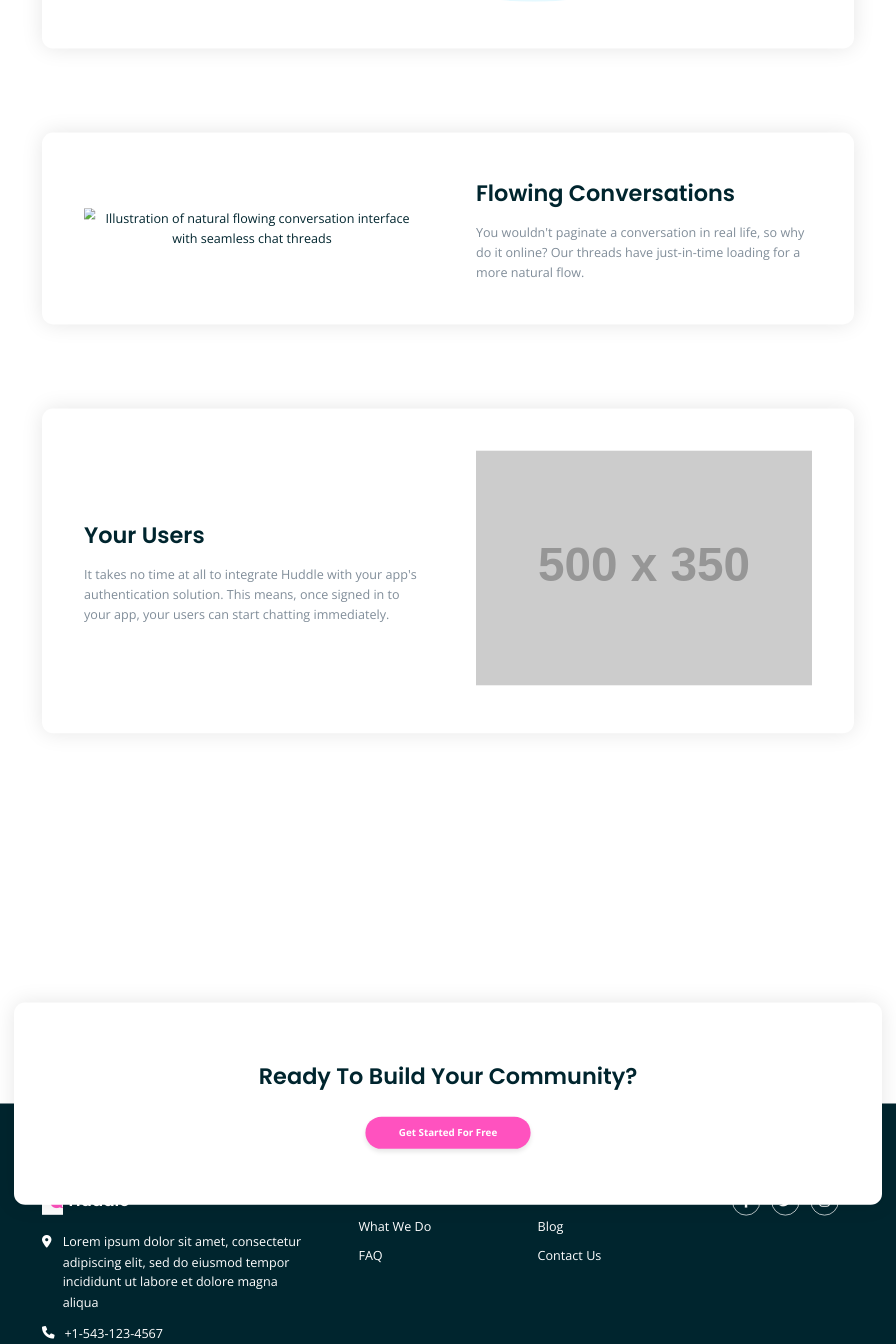
Repository: blordeus/huddle-landing-page
Page: index.html
The author's editor kept a copy of each file at every save. The page is drawn from the files as they stood at one save, then again after a run of saves.
The browser window is 1280 px wide. The pictures show the part of the page from y = 1258 to 3178 px (the page is 3404 px tall before and 3600 px after), at 70% of full size.

Above is the page before, as saved 2025-07-01 11:07:01.

### index.html
<!DOCTYPE html>
<html lang="en">
<head>
  <meta charset="UTF-8">
  <meta name="viewport" content="width=device-width, initial-scale=1.0">
  <link rel="icon" type="image/png" sizes="32x32" href="./images/favicon-32x32.png">
  <title>Frontend Mentor | Huddle landing page with alternating feature blocks</title>

  <!-- Google Fonts -->
  <link rel="preconnect" href="https://fonts.googleapis.com">
  <link rel="preconnect" href="https://fonts.gstatic.com" crossorigin>
  <link href="https://fonts.googleapis.com/css2?family=Poppins:wght@600&family=Open+Sans:wght@400;700&display=swap" rel="stylesheet">
  <link rel="stylesheet" type="text/css" href="styles.css" />

  <!-- Font Awesome for social icons -->
  <link rel="stylesheet" href="https://cdnjs.cloudflare.com/ajax/libs/font-awesome/6.0.0/css/all.min.css">
</head>

<body>
  <!-- Header -->
  <header class="header">
    <div class="container">
      <div class="header-content">
        <img src="./images/logo.svg" alt="Logo">
        <a href="#" class="btn btn-outline">Try It Free</a>
      </div>
    </div>
  </header>

  <!-- Hero Section -->
  <section class="hero">
    <div class="container">
      <div class="hero-content">
        <div class="hero-text">
          <h1>Build The Community Your Fans Will Love</h1>
          <p>Huddle re-imagines the way we build communities. You have a voice, but so does your audience. Create connections with your users as you engage in genuine discussion.</p>
          <a href="#" class="btn">Get Started For Free</a>
        </div>
        <div class="hero-image">
          <img src="./images/illustration-mockups.svg" alt="Desktop and mobile chat interface showing community conversations">
        </div>
      </div>
    </div>
  </section>

  <!-- Features Section -->
  <section class="features">
    <div class="container">
      <div class="feature">
        <div class="feature-content">
          <h2>Grow Together</h2>
          <p>Generate meaningful discussions with your audience and build a strong, loyal community. Think of the insightful conversations you miss out on with a feedback form.</p>
        </div>
        <div class="feature-image">
          <img src="./images/illustration-grow-together.svg" alt="Illustration of people having meaningful conversations and building community">
        </div>
      </div>

      <div class="feature">
        <div class="feature-content">
          <h2>Flowing Conversations</h2>
          <p>You wouldn't paginate a conversation in real life, so why do it online? Our threads have just-in-time loading for a more natural flow.</p>
        </div>
        <div class="feature-image">
          <img src="./" alt="Illustration of natural flowing conversation interface with seamless chat threads">
        </div>
      </div>

      <div class="feature">
        <div class="feature-content">
          <h2>Your Users</h2>
          <p>It takes no time at all to integrate Huddle with your app's authentication solution. This means, once signed in to your app, your users can start chatting immediately.</p>
        </div>
        <div class="feature-image">
          <img src="https://placehold.co/500x350/e0f7ff/333333?text=User+Authentication+Integration+Illustration" alt="Illustration showing easy user authentication and immediate chat access">
        </div>
      </div>
    </div>
  </section>

  <!-- Call to Action -->
  <section class="cta">
    <div class="container">
      <h2>Ready To Build Your Community?</h2>
      <a href="#" class="btn">Get Started For Free</a>
    </div>
  </section>

  <!-- Footer -->
  <footer class="footer">
    <div class="container">
      <div class="footer-content">
        <div class="footer-info">
          <a href="#" class="footer-logo">
            <div class="logo-icon">
              <i class="fas fa-comments"></i>
            </div>
            Huddle
          </a>
          <div class="contact-info">
            <div class="contact-item">
              <i class="fas fa-map-marker-alt"></i>
              <p>Lorem ipsum dolor sit amet, consectetur adipiscing elit, sed do eiusmod tempor incididunt ut labore et dolore magna aliqua</p>
            </div>
            <div class="contact-item">
              <i class="fas fa-phone"></i>
              <p>+1-543-123-4567</p>
            </div>
            <div class="contact-item">
              <i class="fas fa-envelope"></i>
              <p>example@huddle.com</p>
            </div>
          </div>
        </div>

        <div class="footer-links">
          <a href="#">About Us</a>
          <a href="#">What We Do</a>
          <a href="#">FAQ</a>
        </div>

        <div class="footer-links">
          <a href="#">Career</a>
          <a href="#">Blog</a>
          <a href="#">Contact Us</a>
        </div>

        <div class="social-icons">
          <a href="#" class="social-icon" aria-label="Facebook">
            <i class="fab fa-facebook-f"></i>
          </a>
          <a href="#" class="social-icon" aria-label="Twitter">
            <i class="fab fa-twitter"></i>
          </a>
          <a href="#" class="social-icon" aria-label="Instagram">
            <i class="fab fa-instagram"></i>
          </a>
        </div>
      </div>

      <div class="copyright">
        <p>&copy; Copyright 2018 Huddle. All rights reserved.</p>
      </div>
    </div>

    <p class="attribution">
      Challenge by <a href="https://www.frontendmentor.io?ref=challenge" target="_blank">Frontend Mentor</a>.
      Coded by <a href="#">Your Name Here</a>.
    </p>
  </footer>
</body>
</html>

### styles.css
    * {
      margin: 0;
      padding: 0;
      box-sizing: border-box;
    }

    body {
      font-family: 'Open Sans', sans-serif;
      font-size: 18px;
      line-height: 1.6;
      color: hsl(192, 100%, 9%);
    }

    .container {
      max-width: 1200px;
      margin: 0 auto;
      padding: 0 20px;
    }

    /* Header */
    .header {
      background: hsl(193, 100%, 96%);
      padding: 24px 0;
    }

    .header-content {
      display: flex;
      justify-content: space-between;
      align-items: center;
    }

    .header-content img {
      height: 40px;
    }

    .btn {
      background: hsl(322, 100%, 66%);
      color: white;
      border: none;
      padding: 12px 48px;
      border-radius: 24px;
      font-family: 'Open Sans', sans-serif;
      font-weight: 700;
      font-size: 14px;
      cursor: pointer;
      text-decoration: none;
      display: inline-block;
      transition: opacity 0.3s ease;
      box-shadow: 0 4px 8px rgba(0, 0, 0, 0.1);
    }

    .btn:hover {
      opacity: 0.8;
    }

    .btn-outline {
      background: white;
      box-shadow: 0 4px 8px rgba(0, 0, 0, 0.1);
      color: #00252E;
    }

    .btn-outline:hover {
      color: #808E9A;
    }

    /* Hero Section */
    .hero {
      background: hsl(199, 100%, 96%);
      background-image: url('./images/bg-hero.svg');
      background-size: cover;
      background-position: center;
      padding: 80px 0 120px;
    }

    .hero-content {
      display: grid;
      grid-template-columns: 1fr 1fr;
      gap: 80px;
      align-items: center;
    }

    .hero-text h1 {
      font-family: 'Poppins', sans-serif;
      font-weight: 600;
      font-size: 48px;
      line-height: 1.2;
      margin-bottom: 24px;
      color: hsl(192, 100%, 9%);
    }

    .hero-text p {
      font-size: 18px;
      color: hsl(192, 100%, 9%);
      margin-bottom: 32px;
      line-height: 1.6;
    }

    .hero-image {
      text-align: center;
    }

    .hero-image img {
      max-width: 100%;
      height: auto;
    }

    /* Features Section */
    .features {
      padding: 120px 0;
    }

    .feature {
      display: grid;
      grid-template-columns: 1fr 1fr;
      gap: 80px;
      align-items: center;
      margin-bottom: 120px;
      background: white;
      padding: 60px;
      border-radius: 16px;
      box-shadow: 0 0 30px rgba(0, 0, 0, 0.1);
    }

    .feature:nth-child(even) .feature-content {
      order: 2;
    }

    .feature:nth-child(even) .feature-image {
      order: 1;
    }

    .feature h2 {
      font-family: 'Poppins', sans-serif;
      font-weight: 600;
      font-size: 32px;
      margin-bottom: 16px;
      color: hsl(192, 100%, 9%);
    }

    .feature p {
      color: hsl(208, 11%, 55%);
      line-height: 1.6;
    }

    .feature-image {
      text-align: center;
    }

    .feature-image img {
      max-width: 100%;
      height: auto;
    }

    /* Call to Action */
    .cta {
      text-align: center;
      padding: 80px 0;
      background: white;
      margin: 0 20px;
      border-radius: 16px;
      box-shadow: 0 0 30px rgba(0, 0, 0, 0.1);
      position: relative;
      z-index: 2;
      transform: translateY(50%);
    }

    .cta h2 {
      font-family: 'Poppins', sans-serif;
      font-weight: 600;
      font-size: 32px;
      margin-bottom: 32px;
      color: hsl(192, 100%, 9%);
    }

    /* Footer */
    .footer {
      background: hsl(192, 100%, 9%);
      color: white;
      padding: 120px 0 40px;
    }

    .footer-content {
      display: grid;
      grid-template-columns: 2fr 1fr 1fr 1fr;
      gap: 60px;
      margin-bottom: 40px;
    }

    .footer-logo {
      display: flex;
      align-items: center;
      gap: 8px;
      font-family: 'Poppins', sans-serif;
      font-weight: 600;
      font-size: 24px;
      color: white;
      text-decoration: none;
      margin-bottom: 24px;
    }

    .footer-logo .logo-icon {
      background: white;
      color: hsl(322, 100%, 66%);
    }

    .contact-info {
      display: flex;
      flex-direction: column;
      gap: 16px;
    }

    .contact-item {
      display: flex;
      align-items: flex-start;
      gap: 16px;
    }

    .contact-item i {
      margin-top: 4px;
      width: 16px;
    }

    .footer-links {
      display: flex;
      flex-direction: column;
      gap: 12px;
    }

    .footer-links a {
      color: white;
      text-decoration: none;
      transition: color 0.3s ease;
    }

    .footer-links a:hover {
      color: hsl(322, 100%, 66%);
    }

    .social-icons {
      display: flex;
      gap: 16px;
      justify-content: center;
    }

    .social-icon {
      width: 40px;
      height: 40px;
      border: 1px solid white;
      border-radius: 50%;
      display: flex;
      align-items: center;
      justify-content: center;
      color: white;
      text-decoration: none;
      transition: all 0.3s ease;
    }

    .social-icon:hover {
      color: hsl(322, 100%, 66%);
      border-color: hsl(322, 100%, 66%);
    }

    .copyright {
      text-align: center;
      font-size: 14px;
      color: hsl(208, 11%, 55%);
      padding-top: 40px;
      border-top: 1px solid hsl(208, 11%, 55%);
    }

    .attribution {
      font-size: 11px;
      text-align: center;
      margin-top: 20px;
    }

    .attribution a {
      color: hsl(228, 45%, 44%);
    }

    /* Responsive Design */
    @media (max-width: 768px) {
      .container {
        padding: 0 16px;
      }

      .hero {
        background-image: url('./images/bg-hero.svg');
      }

      .header-content {
        flex-direction: column;
        gap: 20px;
      }

      .hero-content {
        grid-template-columns: 1fr;
        gap: 40px;
        text-align: center;
      }

      .hero-text h1 {
        font-size: 32px;
      }

      .feature {
        grid-template-columns: 1fr;
        gap: 40px;
        padding: 40px 20px;
        text-align: center;
      }

      .feature:nth-child(even) .feature-content,
      .feature:nth-child(even) .feature-image {
        order: unset;
      }

      .footer-content {
        grid-template-columns: 1fr;
        gap: 40px;
        text-align: center;
      }

      .social-icons {
        justify-content: center;
      }

      .cta {
        margin: 0 16px;
        padding: 40px 20px;
      }

      .cta h2 {
        font-size: 24px;
      }
    }

After the next 2 saves:
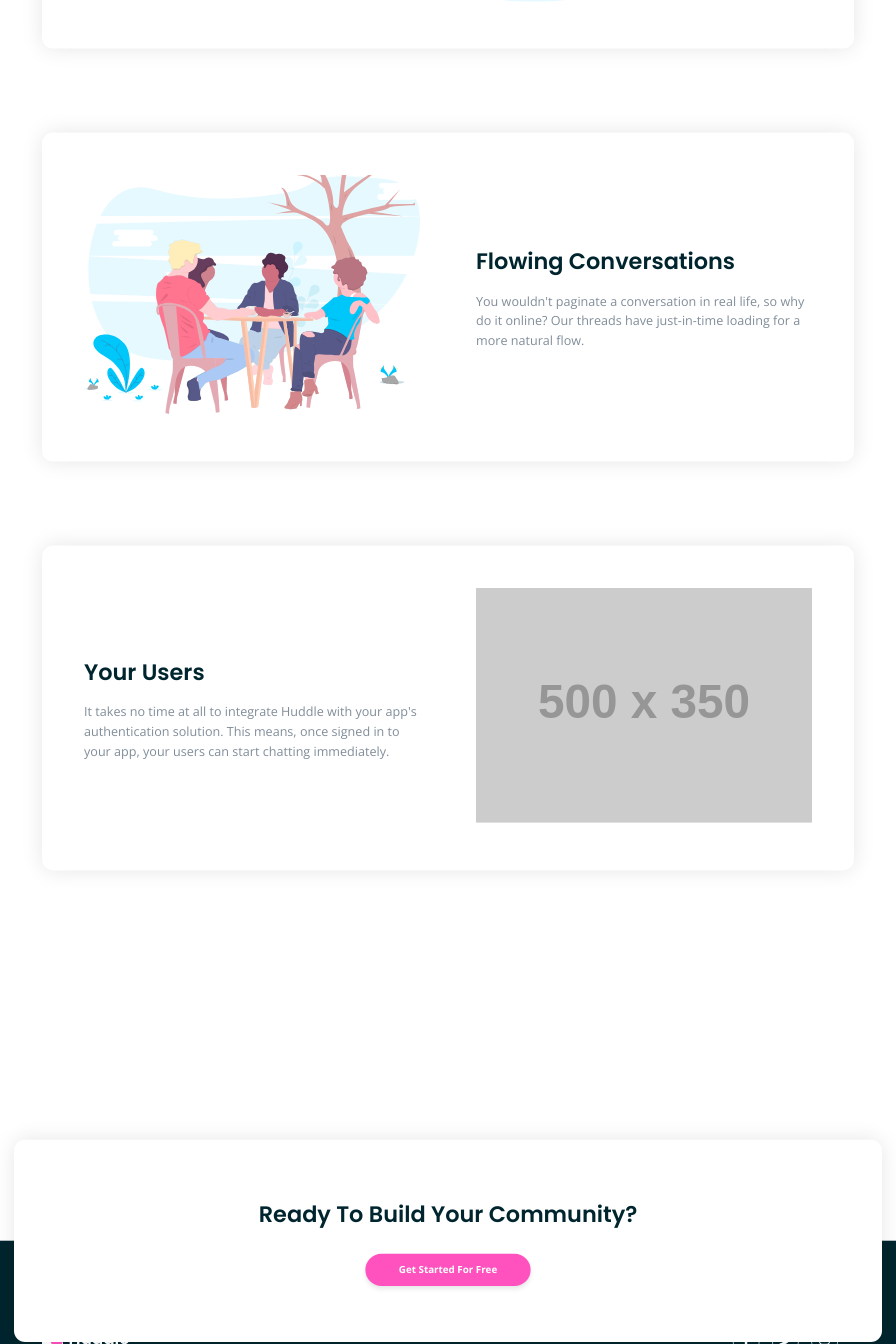
The 2 saves are shown as one change because they came seconds apart.
The last was saved 5 s later.
--- a/index.html
+++ b/index.html
@@ -62,7 +62,7 @@
           <p>You wouldn't paginate a conversation in real life, so why do it online? Our threads have just-in-time loading for a more natural flow.</p>
         </div>
         <div class="feature-image">
-          <img src="./" alt="Illustration of natural flowing conversation interface with seamless chat threads">
+          <img src="./images/illustration-flowing-conversation.svg" alt="Illustration of natural flowing conversation interface with seamless chat threads">
         </div>
       </div>
 
